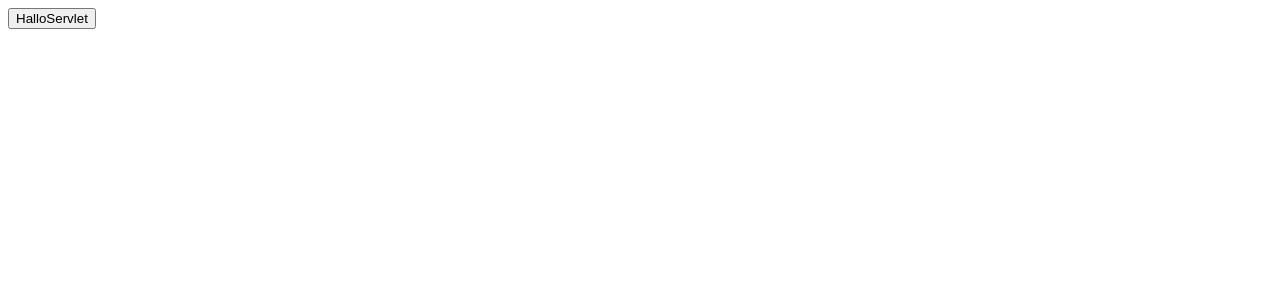
Repository: KeisukeNakamura038/test
Page: http://localhost/HelloServlet/
These files come from the project's save history. The page is drawn as it stood at one moment and after the next save; the edit follows.
The browser window is 1280 px wide. The pictures show the whole page.
The page is served by Tomcat 9.

Above is the page before, as saved 2019-10-30 02:22:19.

After the next save:
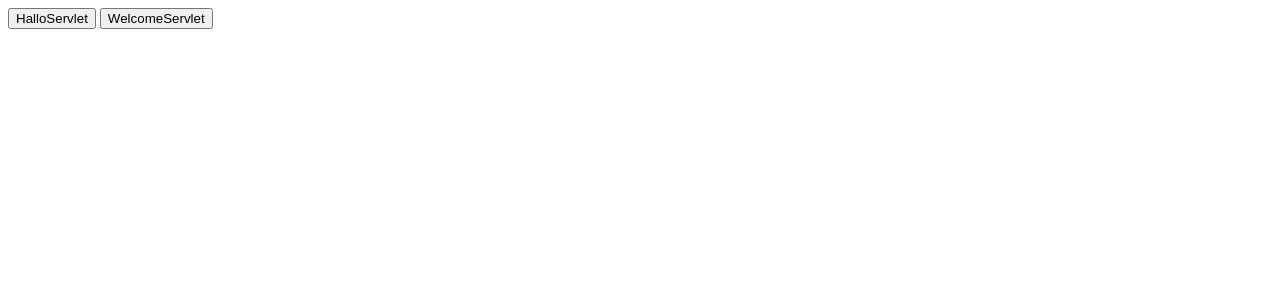
Saved 21 min 7 s later.
--- a/HelloServlet/WebContent/index.jsp
+++ b/HelloServlet/WebContent/index.jsp
@@ -8,5 +8,6 @@
 </head>
 <body>
 <input type="button" value="HalloServlet" onClick="location.href='HelloServlet'">
+<input type="button" value="WelcomeServlet" onClick="location.href='welcome.jsp'">
 </body>
 </html>
